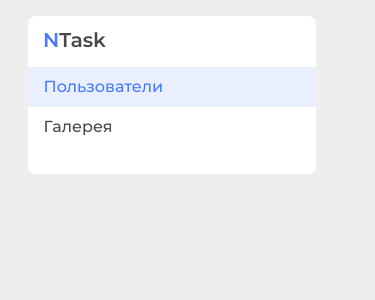
Repository: Grid-Master/NTask
Page: /
These files come from the project's save history. The page is drawn as it stood at one moment and after the next save; the edit follows.
The browser window is 375 px wide. The pictures show the whole page.
The project was rebuilt for these pictures with package versions that can differ from the ones it lists, and the page was loaded fresh each time.

Above is the page before, as saved 2023-06-05 11:42:55.

After the next save:
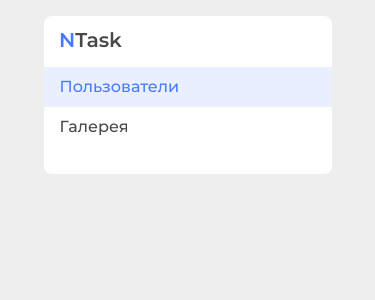
Saved 34 s later.
--- a/src/App.css
+++ b/src/App.css
@@ -20,6 +20,6 @@
 }
 @media screen and (max-width: 600px) {
   .App {
-    max-width: 320px;
+    max-width: calc(320px - 32px);
   }
 }
